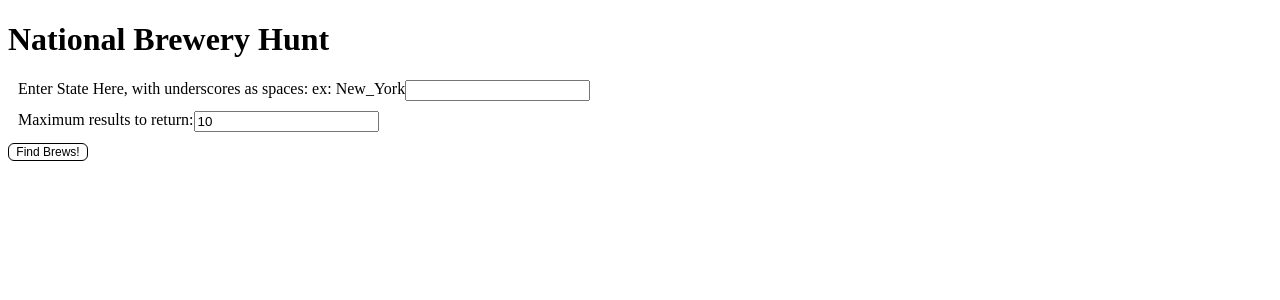
Repository: kaitlynMidori/searchBrews
Page: index.html
These files come from the project's save history. The page is drawn as it stood at one moment and after the next save; the edit follows.
The browser window is 1280 px wide. The pictures show the whole page.

Above is the page before, as saved 2020-12-29 18:09:05.

After the next save:
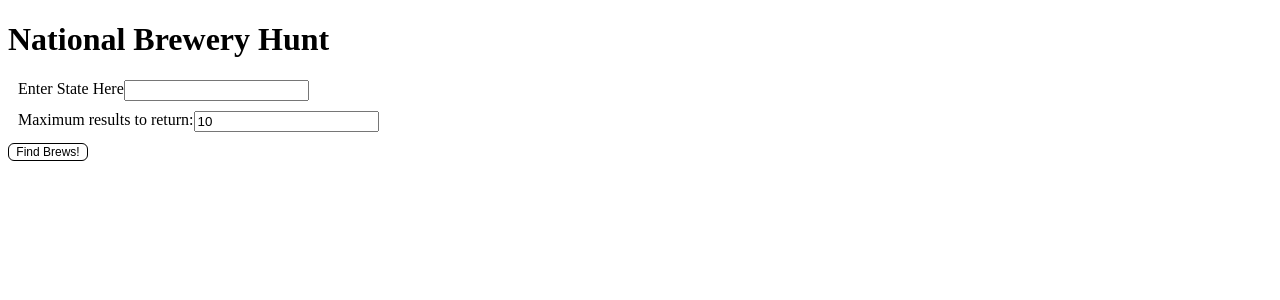
Saved 14 h 29 min later.
--- a/index.html
+++ b/index.html
@@ -15,7 +15,7 @@
 
         <form id="search-form">
             <p>
-                <label for="by_state">Enter State Here, with underscores as spaces: ex: New_York</label>
+                <label for="by_state">Enter State Here</label>
                     <input type="text" name="by_state" id="by_state" required />
             </p>
 
